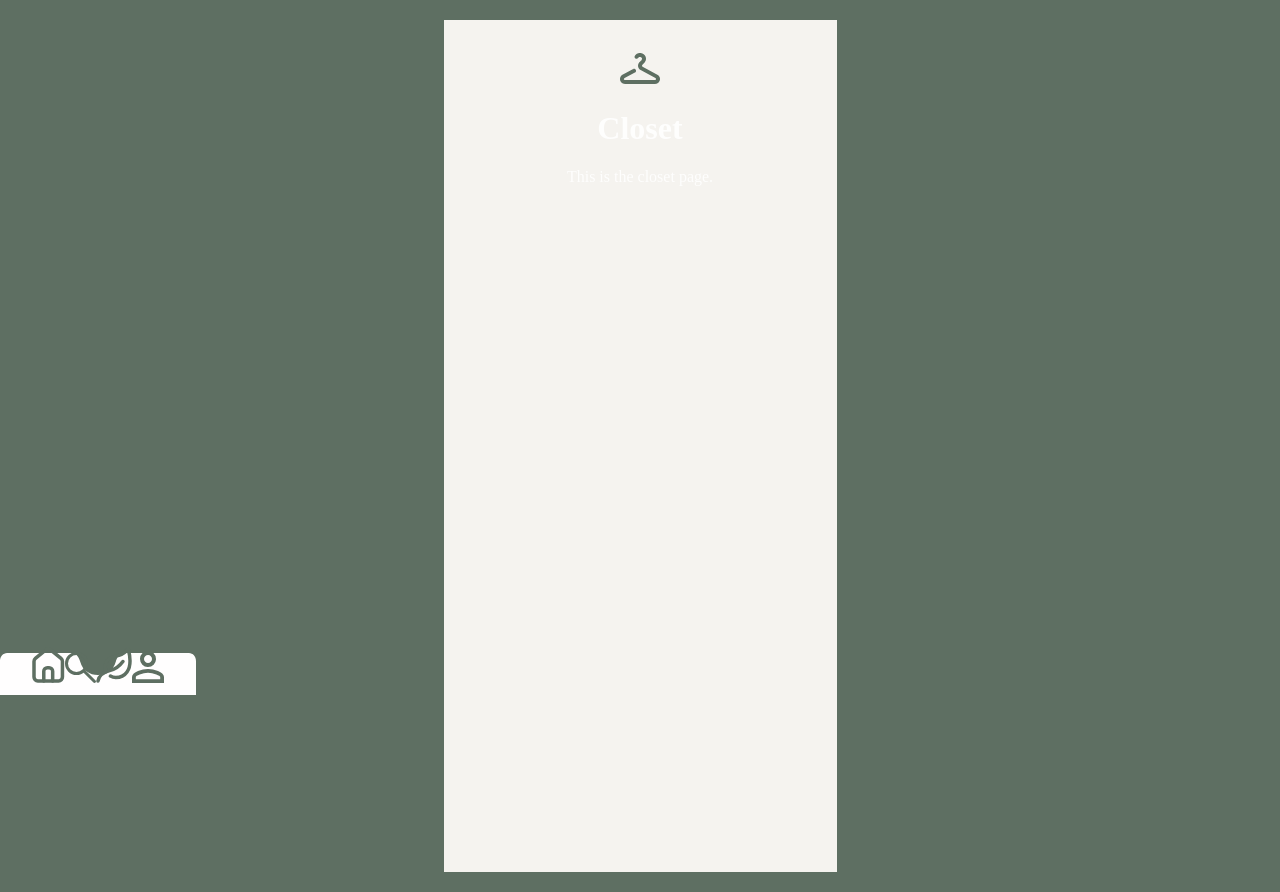
Repository: Strawb3rryjam/app-slotion
Page: /closet
An editor plug-in stored every save of this project. The page is shown before and after the next save, followed by the edit.
The browser window is 1280 px wide. The pictures show the whole page.
The project was rebuilt for these pictures with package versions that can differ from the ones it lists, and the page was loaded fresh each time. Also part of the build but not shown: vite.config.js. Imported but missing from the stored project, and not drawn on this page: src/pages/Home.

Above is the page before, as saved 2025-05-09 02:25:27.

After the next save:
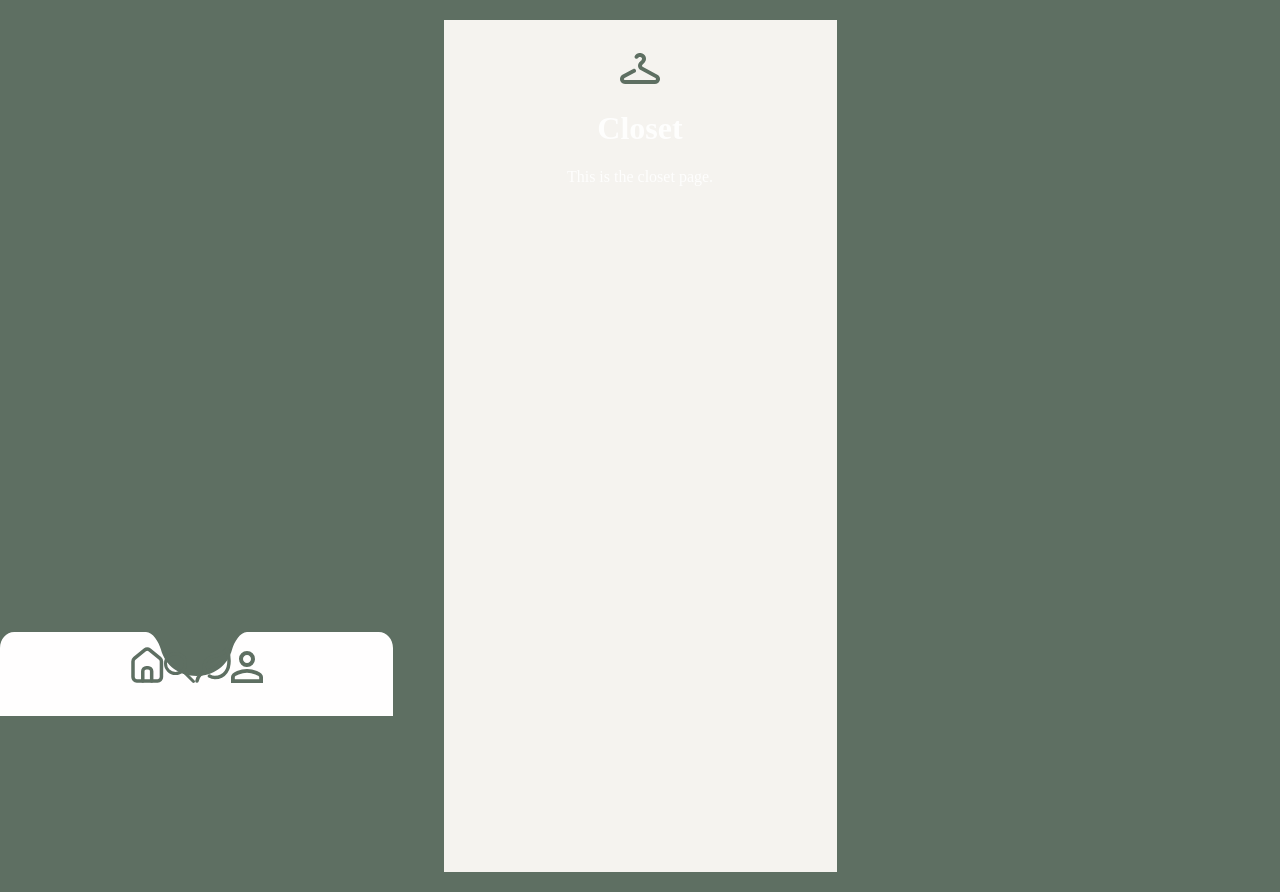
Saved 22 s later.
--- a/src/css/NavBar.module.css
+++ b/src/css/NavBar.module.css
@@ -11,10 +11,12 @@
     display: flex;
     justify-content: center;  /* Align the navbar content centrally */
 
+
     background-image: url(../assets/NavBar.svg);
     background-repeat: no-repeat;
     background-position: center;
-    background-size: contain; /* or cover, depending on the effect you want */
+    background-size: contain; /* or cover, depending on the effect you want */    width: 329px;
+    max-height:84px;
   }
 
 
